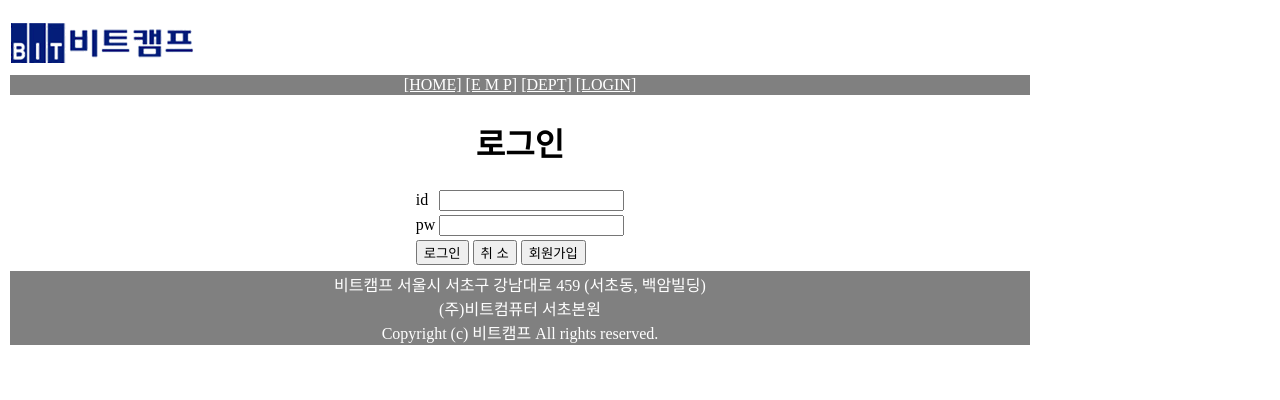
Repository: Deepsky110/LectureNotes
Page: http://localhost/web05/login/form.jsp
An editor plug-in stored every save of this project. The page is shown before and after a run of saves, followed by the edit.
The browser window is 1280 px wide. The pictures show the whole page.
The page is served by Tomcat 9.

Above is the page before, as saved 2020-07-03 07:42:22.

After the next 4 saves:
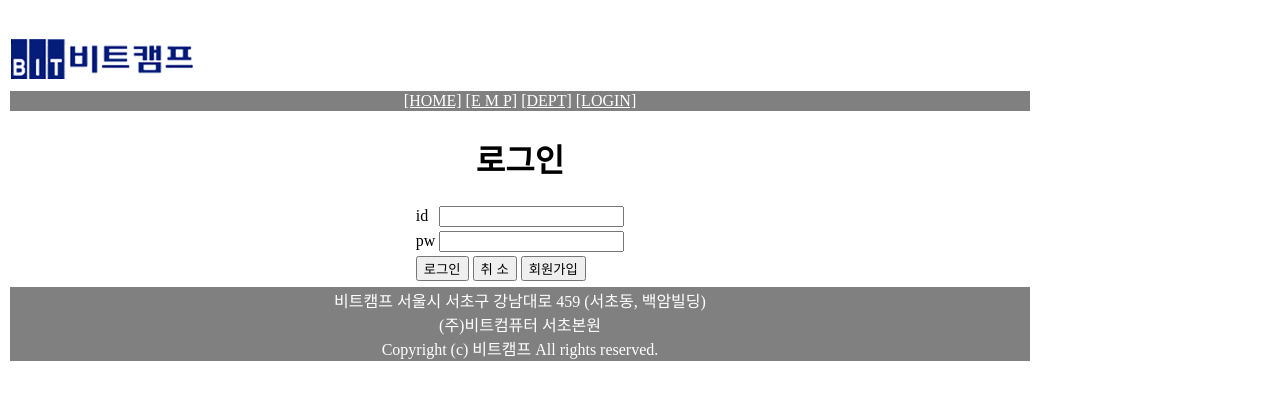
The 4 saves are shown as one change because 2 did not build or start and some came seconds apart.
The last was saved 4 min 25 s later.
--- a/web05/WebContent/template/header.jspf
+++ b/web05/WebContent/template/header.jspf
@@ -12,6 +12,9 @@
 <table width="1024" align="center:" bgcolor="white">
 		<tr>
 			<td>
+			<p><%
+			String loginName = (String)session.getAttribute("name");
+			%></p> <!-- p가 뭘까 -->
 			<img src="/web05/img/logo.png">
 			</td>
 		</tr>
